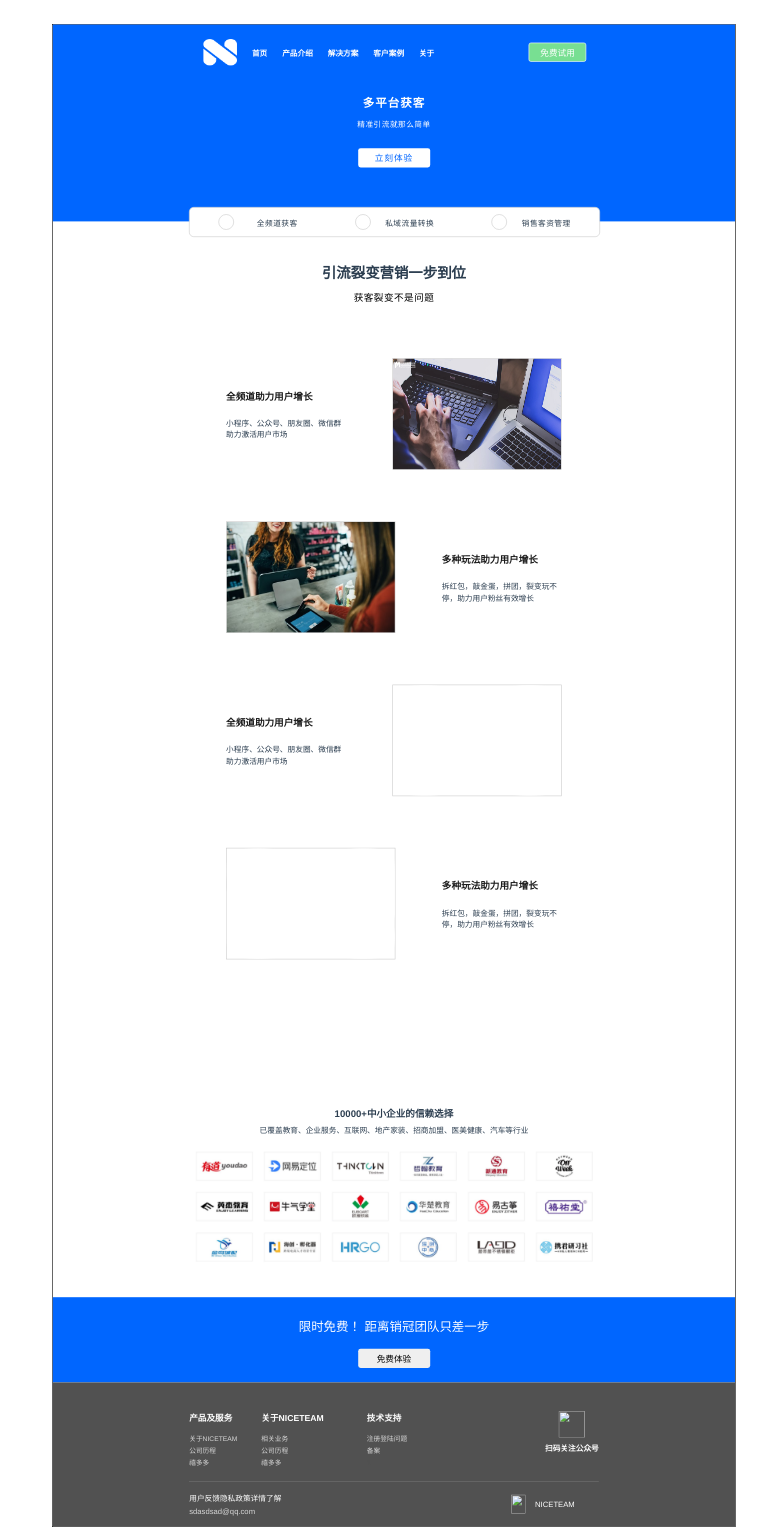
Repository: Alex-2020-0211/xrkj-guanwang
Page: /#/productintroduction (app in src/)
The author's editor kept a copy of each file at every save. The page is drawn from the files as they stood at one save, then again after the next save.
The browser window is 1280 px wide. The page is 1300 px wide, so the pictures cover 1300 px, including what lies to the right of the window. The pictures show the whole page, at 60% of full size.
The project was rebuilt for these pictures with package versions that can differ from the ones it lists, and the page was loaded fresh each time. Also part of the build but not shown: src/src/components/Header.vue, src/src/views/Home.vue.

Above is the page before, as saved 2021-01-07 18:19:45.

After the next save:
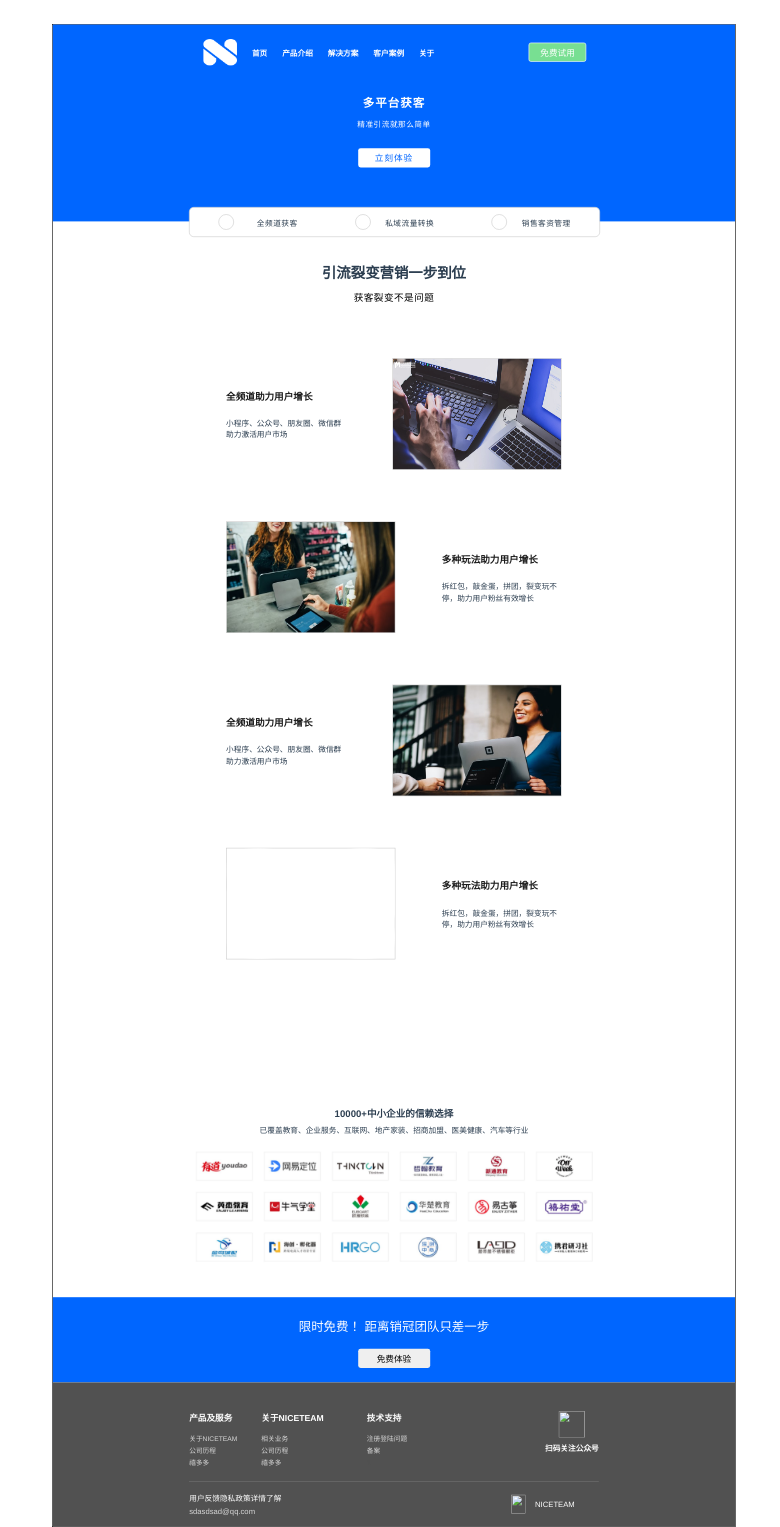
Saved 9 s later.
--- a/src/src/views/ProductIntroduction.vue
+++ b/src/src/views/ProductIntroduction.vue
@@ -65,7 +65,7 @@
               <dt>全频道助力用户增长</dt>
               <dd>小程序、公众号、朋友圈、微信群助力激活用户市场</dd>
             </dl>
-            <img src="../assets/img/logo.png" />
+            <img src="../assets/img/huoke-3.png" />
           </div>
           <div class="case">
             <img src="../assets/img/logo.png" />
